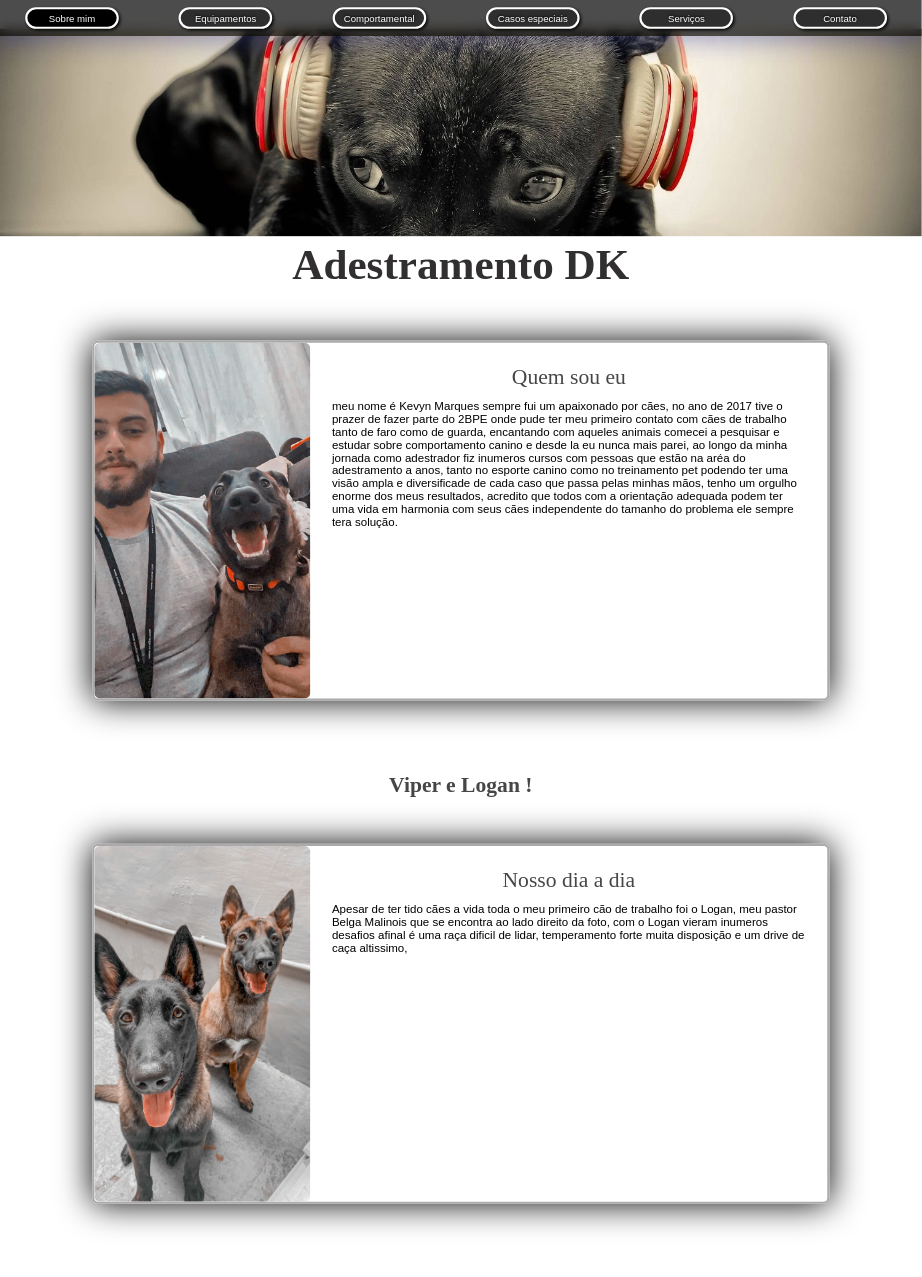
Repository: KevynMarques/Blog-React-StyledComponent
Page: /
An editor plug-in stored every save of this project. The page is shown before and after the next save, followed by the edit.
The browser window is 1280 px wide. The pictures show the whole page, at 72% of full size.
The project was rebuilt for these pictures with package versions that can differ from the ones it lists, and the page was loaded fresh each time. Also part of the build but not shown: src/Components/Equipamentos/index.jsx, src/Components/Comportamental/index.jsx, src/Components/Clientes/index.jsx, src/Components/Serviços/index.jsx, src/Components/Contato/index.jsx.

Above is the page before, as saved 2022-02-21 13:40:21.

### public/index.html
<!DOCTYPE html>
<html lang="pt-BR">
  <head>
    <meta charset="utf-8" />
    <link rel="icon" href="%PUBLIC_URL%/favicon.ico" />
    <meta name="viewport" content="width=device-width, initial-scale=1" />
    <meta name="theme-color" content="#000000" />
    <meta
      name="description"
      content="Web site created using create-react-app"
    />
    <link rel="apple-touch-icon" href="%PUBLIC_URL%/logo192.png" />
    <!--
      manifest.json provides metadata used when your web app is installed on a
      user's mobile device or desktop. See https://developers.google.com/web/fundamentals/web-app-manifest/
    -->
    <!--
      Notice the use of %PUBLIC_URL% in the tags above.
      It will be replaced with the URL of the `public` folder during the build.
      Only files inside the `public` folder can be referenced from the HTML.

      Unlike "/favicon.ico" or "favicon.ico", "%PUBLIC_URL%/favicon.ico" will
      work correctly both with client-side routing and a non-root public URL.
      Learn how to configure a non-root public URL by running `npm run build`.
    -->
    <title>Adestramento DK</title>
  </head>
  <body>
    <noscript>You need to enable JavaScript to run this app.</noscript>
    <div id="root"></div>
    <!--
      This HTML file is a template.
      If you open it directly in the browser, you will see an empty page.

      You can add webfonts, meta tags, or analytics to this file.
      The build step will place the bundled scripts into the <body> tag.

      To begin the development, run `npm start` or `yarn start`.
      To create a production bundle, use `npm run build` or `yarn build`.
    -->
  </body>
</html>

### src/App.jsx
import Home from './Pages/Home';
import Sobre from './Components/Sobre/index';
import { useState, useEffect } from 'react';
import { GlobalStyle } from './GlobalStyle';
import Geral from './Components/Geral/index';


function App() {

  const [geral, setGeral]=useState(<Sobre />);

  return (
    <>
    <Home setGeral={setGeral} geral={geral}  />
    <Geral geral={geral} />
    <GlobalStyle/>
   </>
  );
}

export default App;

### src/Pages/Home/index.jsx
import React, {useState} from "react"
import {  Home, Equip, Comportamental, MeusCaes, Serviços, Contato } from "../../Components/Buttons/Style"
import Equipamentos from "../../Components/Equipamentos/index"
import Sobre from '../../Components/Sobre/index'
import Comport  from '../../Components/Comportamental/index'
import Clientes from '../../Components/Clientes/index'
import Serv from "../../Components/Serviços"
import Cont from '../../Components/Contato/index'
import { ContainerHeader } from "../../Components/Containers/style"




export default (props) => {

  const [ativo, setAtivo] = useState(false)
  const [ativoEquip, setAtivoEquip] = useState(true)
  const [ativoComp, setComp] = useState(true)
  const [Casos, setCasos] = useState(true)
  const [serviços, setServiços] = useState(true)
  const [contato, setContato] = useState(true)


  return (
   <>
    <ContainerHeader>


       <Home
         setAtivo={setAtivo}
         ativo={ativo}
         onClick={()=>(props.setGeral(<Sobre />),
         setAtivo(false),
         setAtivoEquip(true),
         setComp(true),
         setCasos(true),
         setServiços(true)
         )}>
         <p>Sobre mim</p>
      </Home>



       <Equip
        ativoEquip={ativoEquip}
        setAtivoEquip={setAtivoEquip}
        onClick={()=>(props.setGeral(<Equipamentos />),
        setAtivo(true),
        setAtivoEquip(false),
        setComp(true),
        setCasos(true),
        setServiços(true)
        )}>
        <p>Equipamentos</p>
       </Equip>

       <Comportamental
          onClick={() =>(props.setGeral(<Comport />),
          setAtivo(true),
          setAtivoEquip(true),
          setComp(false),
          setCasos(true),
          setServiços(true))}

          setComp={setComp}
          ativoComp={ativoComp}>

         <p>Comportamental</p>
       </Comportamental>

       <MeusCaes
          onClick={() =>(props.setGeral(<Clientes />),
          setAtivo(true),
          setAtivoEquip(true),
          setComp(true),
          setCasos(false),
          setServiços(true))}
          setCasos={setCasos}
          Casos={Casos}>
         <p>Casos especiais</p>
       </MeusCaes>

       <Serviços onClick={() =>(props.setGeral(<Serv />),
        setAtivo(true),
        setAtivoEquip(true),
        setComp(true),
        setCasos(true),
        setServiços(false))}
        setServiços={setServiços}
        serviços={serviços}>
         <p>Serviços</p>
       </Serviços>

       <Contato onClick={() =>(props.setGeral(<Cont />),
        setAtivo(true),
        setAtivoEquip(true),
        setComp(true),
        setCasos(true),
        setServiços(true),
        setContato(false)
       )}
          setContato={setContato}
          contato={contato}>
         <p>Contato</p>
      </Contato>

    </ContainerHeader>
    </>
  );
}

### src/Components/Sobre/index.jsx
import Foto from '../Image/foto.png'
import LV from '../Image/LV.jpg';
import Dog from '../Image/Dog.png'
import { Tittle } from "../Textos&Titles/style";
import { ContainerBaner, ContainerBox, ContainerIMG } from "../Containers/style";
import { Info } from "../Textos&Titles/style";
import { SubTitle } from '../Textos&Titles/style';
import { TitleInfo } from '../Textos&Titles/style';


export default () => {
  return (
<>
     <ContainerBaner>
      <img src={Dog} />
     </ContainerBaner>

   <Tittle>
          Adestramento DK
  </Tittle>


  <ContainerBox>
       <ContainerIMG>
        <img src={Foto} />
       </ContainerIMG>
       <Info>
       <TitleInfo>Quem sou eu</TitleInfo>
       meu nome é Kevyn Marques sempre fui um apaixonado por cães, no ano de 2017 tive o prazer
       de fazer parte do 2BPE  onde pude ter  meu primeiro contato com cães de trabalho tanto de faro como de guarda, encantando com aqueles animais comecei a pesquisar e estudar sobre comportamento canino  e desde la eu nunca mais parei, ao longo da minha jornada como adestrador fiz inumeros cursos com pessoas que estão na aréa do adestramento a anos, tanto no esporte canino como no treinamento pet podendo ter uma visão ampla e diversificade de cada caso que passa pelas minhas mãos, tenho um orgulho enorme dos meus resultados, acredito que todos com a orientação adequada podem ter uma vida em harmonia com seus cães independente do tamanho do problema ele sempre tera solução.
       </Info>
       </ContainerBox>

  <SubTitle>  Viper e Logan !
  </SubTitle>


    <ContainerBox>

       <ContainerIMG>
        <img src={LV} />
       </ContainerIMG>
       <Info>
       <TitleInfo>Nosso dia a dia</TitleInfo>
       Apesar de ter tido cães a vida toda o meu primeiro cão de trabalho foi o Logan, meu pastor Belga Malinois que se encontra ao lado direito da foto, com o Logan vieram inumeros desafios afinal é uma raça dificil de lidar, temperamento forte muita disposição e um drive de caça altissimo,
       </Info>
      </ContainerBox>
</>

  );
}

### src/GlobalStyle.jsx
import { createGlobalStyle } from 'styled-components';

 export const GlobalStyle = createGlobalStyle`
  * {
    margin: 0;
    padding: 0;
    box-sizing: border-box;

  }
`;

### src/Components/Geral/index.jsx
import React from "react"

export default (props) => {

  return (

    <>
    {props.geral}
    </>

  );

}

### src/Components/Buttons/Style.jsx
import styled from "styled-components";


export const Home = styled.button `
background:${props => props.ativo ? '#2e2e2e' : '#000000'};
font-family: Arial, Helvetica, sans-serif;
font-style:normal;
color:#ffffff;
border:3px solid #ffffff;
text-shadow:0px -1px 3px #000000;
box-shadow:2px 2px 5px #000000;
box-shadow:2px 2px 5px #000000;
box-shadow:2px 2px 5px #000000;
border-radius:25px 25px 25px 25px;
border-radius:25px 25px 25px 25px;
border-radius:25px 25px 25px 25px;
width:130px;
height: 30px;

&:hover {
  background-color: black;
}

cursor:pointer;
margin:0 auto;
margin-left: 35px;

&:active {
  transform: scale(0.9);
}

`;


export const Equip = styled(Home) `

background:${props => props.ativoEquip ? '#2e2e2e' : '#000000'};

`;

export const Comportamental = styled(Home) `

background:${props => props.ativoComp ? '#2e2e2e' : '#000000'};

`;


export const MeusCaes = styled(Home) `

background:${props => props.Casos? '#2e2e2e' : '#000000'};

`;


export const Serviços = styled(Home) `

background:${props => props.serviços? '#2e2e2e' : '#000000'};

`;

export const Contato = styled(Home) `

background:#2e2e2e;

`;

### src/Components/Containers/style.jsx
import  styled  from "styled-components";



export const  ContainerHeader  = styled.div `
     width: 100vw;
     height: 50px;
     margin: 0;
     position: fixed;
     z-index: 99999;
     background: rgba( 0, 0, 0, 0.7 );
     box-shadow: 0 8px 32px 0 rgba( 31, 38, 135, 0.37 );
     backdrop-filter: blur( 7.5px );
     -webkit-backdrop-filter: blur( 7.5px );
     color:white;
     display: flex;
     align-items: center;
     justify-content: center;
`;



export const ContainerBaner= styled.div `
  width: 100%;
  height: 40vh;


    img {
    width: 100%;
    height: 100%;
    object-fit: cover;
    margin-top: 40px;

    }
`;


export const  ContainerBox = styled.section `
  height: 500px;
  border: solid 3px #aaaaaa;
  width: 80vw;
  margin: 100px  10%;
  border-radius: 8px;
  box-shadow: 0 0 3em Black;
  display: flex;
  `;


export const ContainerIMG = styled.div `

    min-width:300px;
    height:494px;

  img {
    object-fit: cover;
    width: 100%;
    height: 100%;
    border-radius: 8px;
  }

`;

### src/Components/Textos&Titles/style.jsx
import styled from 'styled-components'



export const Tittle = styled.h1`
@import url('https://fonts.googleapis.com/css2?family=Bangers&display=swap');
color: #312f2f;
font-size: 60px;
font-family: 'Bangers', cursive;
text-align: center;
height: 40px;
margin-top: 45px;
`;


export const Info = styled.p`
 margin: 30px;
 font-family: Arial, Helvetica, sans-serif;
`;


export const SubTitle = styled.h2 `
 text-align: center;
 font-size: 30px;
 margin-top: 60px;
 font-family: Arial, Helvetica, sans-serif;
 color: #464646;
 margin-bottom: -35px;
 font-family: 'Bangers', cursive;
`;


export const TitleInfo = styled.div `
 text-align: center;
 font-size: 30px;
 font-family: Arial, Helvetica, sans-serif;
 color: #464646;
 font-family: 'Bangers', cursive;
 margin-bottom: 15px;
`;

Loaded but not shown: src/index.js (common file)

After the next save:
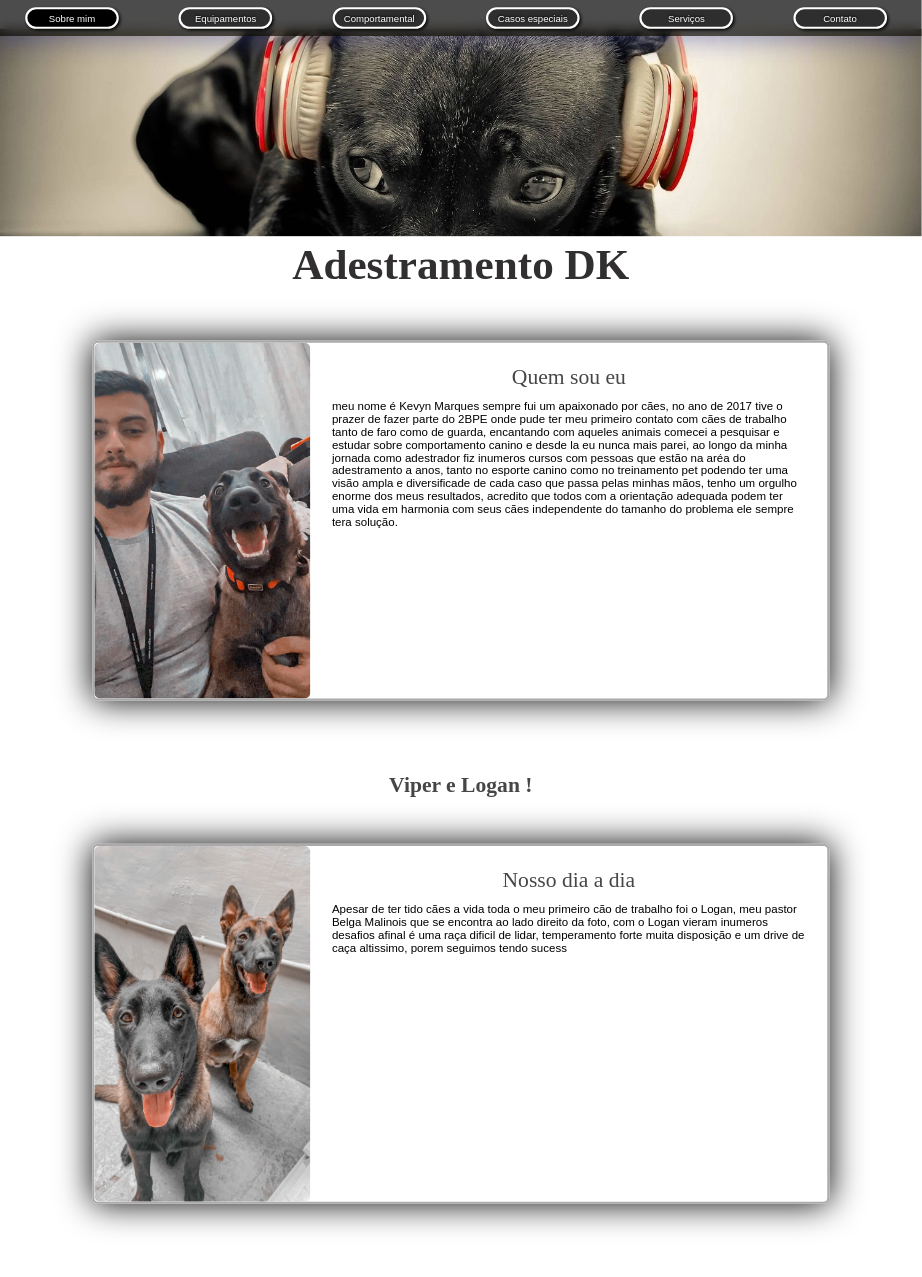
Saved 21 s later.
--- a/src/Components/Sobre/index.jsx
+++ b/src/Components/Sobre/index.jsx
@@ -42,7 +42,7 @@ export default () => {
        </ContainerIMG>
        <Info>
        <TitleInfo>Nosso dia a dia</TitleInfo>
-       Apesar de ter tido cães a vida toda o meu primeiro cão de trabalho foi o Logan, meu pastor Belga Malinois que se encontra ao lado direito da foto, com o Logan vieram inumeros desafios afinal é uma raça dificil de lidar, temperamento forte muita disposição e um drive de caça altissimo,
+       Apesar de ter tido cães a vida toda o meu primeiro cão de trabalho foi o Logan, meu pastor Belga Malinois que se encontra ao lado direito da foto, com o Logan vieram inumeros desafios afinal é uma raça dificil de lidar, temperamento forte muita disposição e um drive de caça altissimo, porem seguimos tendo sucess
        </Info>
       </ContainerBox>
 </>
